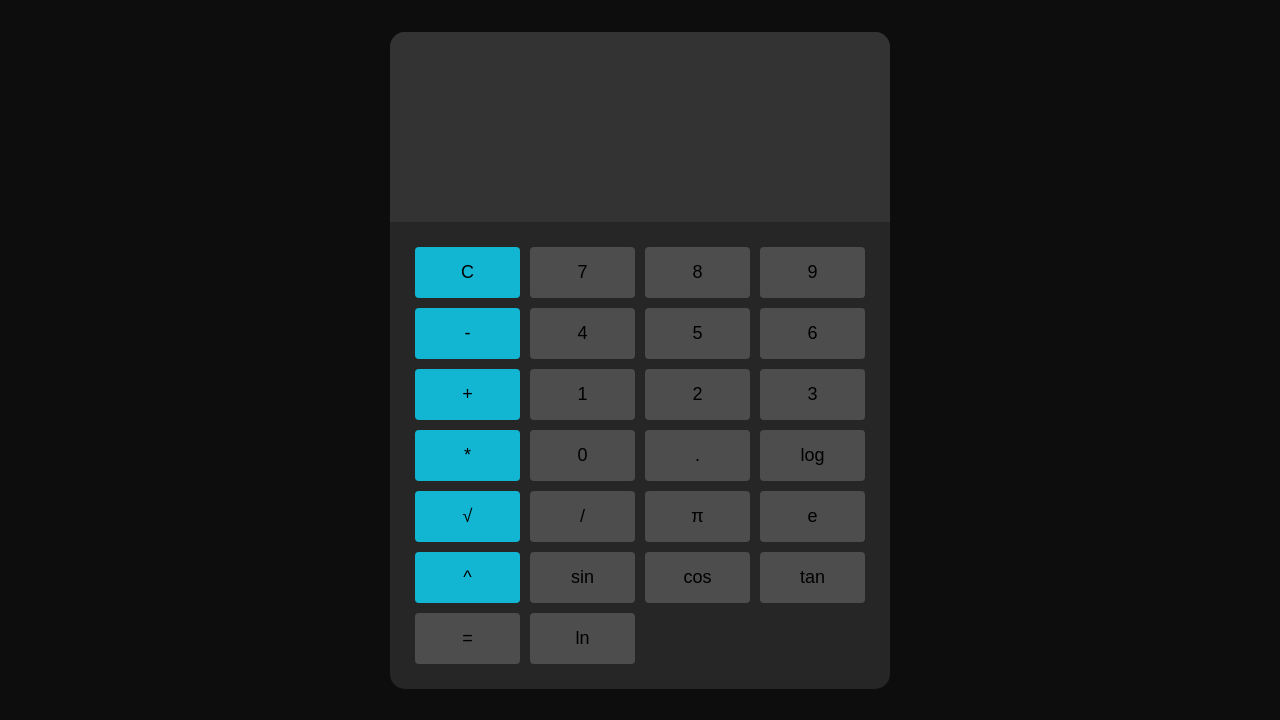
Repository: Haakim19/JavaScript
Page: Calculater/Main.html
An editor plug-in stored every save of this project. The page is shown before and after the next save, followed by the edit.
The browser window is 1280 px wide. The pictures show the whole page.

Above is the page before, as saved 2024-10-23 10:32:52.

### Calculater/Main.html
<!DOCTYPE html>
<html lang="en">
<head>
    <meta charset="UTF-8">
    <meta name="viewport" content="width=device-width, initial-scale=1.0">
    <title>Calculator</title>
    <link rel="stylesheet" href="Main.css">
</head>
<body>
    <div id="calculator">
        <div id="calculator-normal">
            <input id= "display1" readonly>
            <input id="display2" readonly>
            <div id="keys">
                <button onclick="clearDisplay()" class="operator-btn">C</button>
                <button onclick="appentToDisplay('7')">7</button>
                <button onclick="appentToDisplay('8')">8</button>
                <button onclick="appentToDisplay('9')">9</button>
                <button onclick="appentToDisplay('-')" class="operator-btn">-</button>
                <button onclick="appentToDisplay('4')">4</button>
                <button onclick="appentToDisplay('5')">5</button>
                <button onclick="appentToDisplay('6')">6</button>
                <button onclick="appentToDisplay('+')" class="operator-btn">+</button>
                <button onclick="appentToDisplay('1')">1</button>
                <button onclick="appentToDisplay('2')">2</button>
                <button onclick="appentToDisplay('3')">3</button>
                <button onclick="appentToDisplay('*')" class="operator-btn">*</button>
                <button onclick="appentToDisplay('0')">0</button>
                <button onclick="appentToDisplay('.')" >.</button>
                <button onclick="appentToDisplay('Math.log10()')" >log</button>
                <button onclick="appentToDisplay('Math.sqrt()')" class="operator-btn">√</button>
                <button onclick="appentToDisplay('/')">/</button>
                <button onclick="appendToDisplay('Math.PI()')">π</button>
                <button onclick="appentToDisplay('Math.e()')">e</button>
                <button onclick="appendToDisplay('**')" class="operator-btn">^</button>
                <button onclick="appentToDisplay('Math.sin()')">sin</button>
                <button onclick="appentToDisplay('Math.cos()')">cos</button>
                <button onclick="appentToDisplay('Math.tan()')">tan</button>
                <button onclick="calculate()" >=</button>
                <button onclick="appentToDisplay('Math.log()')">ln</button>
            </div>
        </div>

    </div>
<script src="Main.js"></script>
</body>
</html>

### Calculater/Main.css
body{
    margin: 0;
    display: flex;
    justify-content: center;
    align-items: center;
    height: 100vh;
    background-color: hsl(0,0%, 5%);

}
#calculate{
    font-family:sans-serif;
}
#calculator-normal{
    background-color: hsl(0, 0%, 15%);
    border-radius: 15px;
    max-width: 500px;
    overflow: hidden;
}

#display1{
    width: 100%;
    padding: 20px;
    font-size: 1rem;
    border: none;
    text-align: left;
    padding-right: -15px;
    color: white;
    background-color: hsl(0, 0%, 20%);

}
#display2{
    width: 100%;
    padding: 20px;
    font-size: 5rem;
    border: none;
    text-align: left;
    padding-right: -15px;
    color: white;
    background-color: hsl(0, 0%, 20%);

}
#keys{
    display: grid;
    grid-template-columns: repeat(4, 1fr);
    gap: 10px;
    padding: 25px;
}
/* #keys-normal{
    width: 80px;
    height: 60px;
    color: white;
    border-radius: 50px;
    border: none;
    font-size: 3rem;
    background-color: hsl(0, 0%, 30%);
    font-weight: bold;
    cursor: pointer;
} */
/* button{
    width: 80px;
    height: 60px;
    color: white;
    border-radius: 50px;
    border: none;
    font-size: 3rem;
    background-color: hsl(0, 0%, 30%);
    font-weight: bold;
    cursor: pointer;
} */
button{
    width: 100%;
    padding: 15px;
    font-size: 18px;
    border: none;
    border-radius: 4px;
    background-color: hsl(0, 0%, 30%);
    cursor: pointer;
    transition: background-color 0.5s;
}

button:hover{
    background-color: hsl(0, 0%, 40%);
}

button:active{
    background-color: hsl(0, 0%, 50%);
}

.operator-btn{
    background-color: hsl(189, 84%, 45%);
}

.operator-btn:hover{
    background-color: hsl(189, 84%, 65%);
}

.operator-btn:active{
    background-color: hsl(189, 84%, 75%);
}

### Calculater/Main.js
const display1 = document.getElementById('display1');
const display2 = document.getElementById('display2');

function appentToDisplay(input){
    display2.value += input;
}
function clearDisplay(){
    display1.value = '';
    display2.value = '';
}
function calculate(){
    try{
        display1.value = eval(display2.value);}
    catch{
        display2.value = 'Error';
    }

}

After the next save:
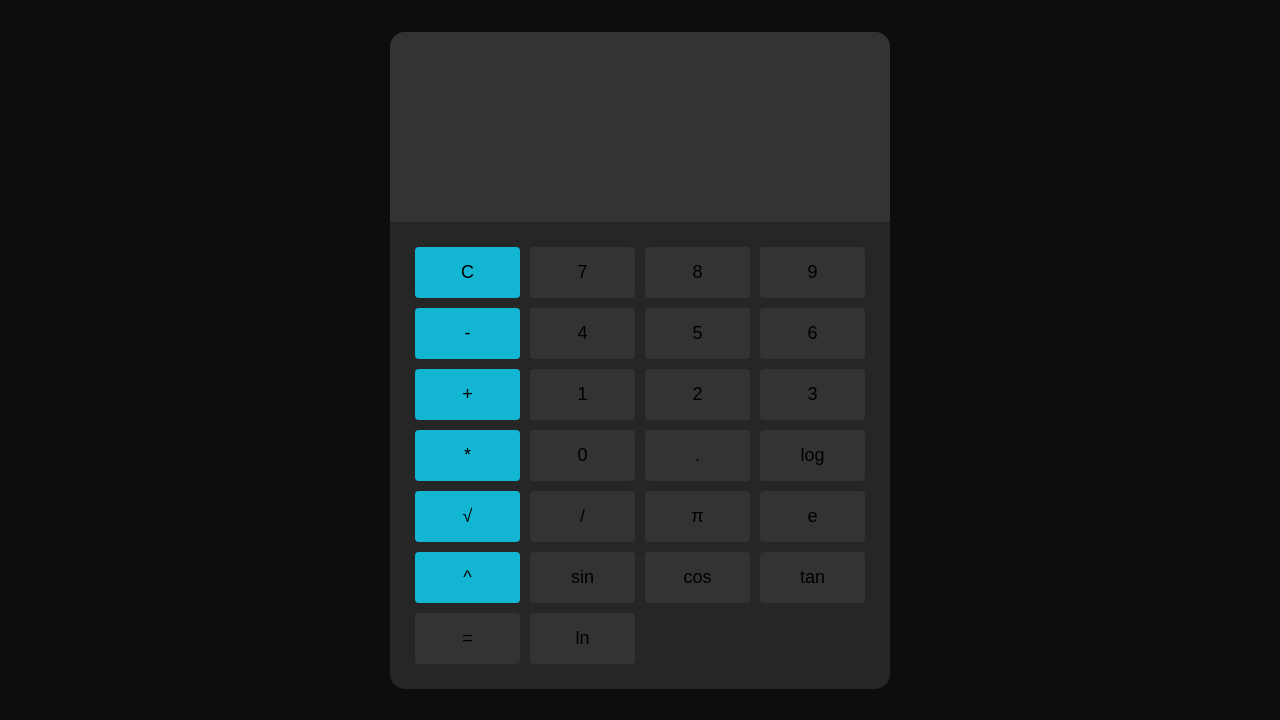
Saved 13 s later.
--- a/Calculater/Main.css
+++ b/Calculater/Main.css
@@ -73,7 +73,7 @@ button{
     font-size: 18px;
     border: none;
     border-radius: 4px;
-    background-color: hsl(0, 0%, 30%);
+    background-color: hsl(0, 0%, 20%);
     cursor: pointer;
     transition: background-color 0.5s;
 }
